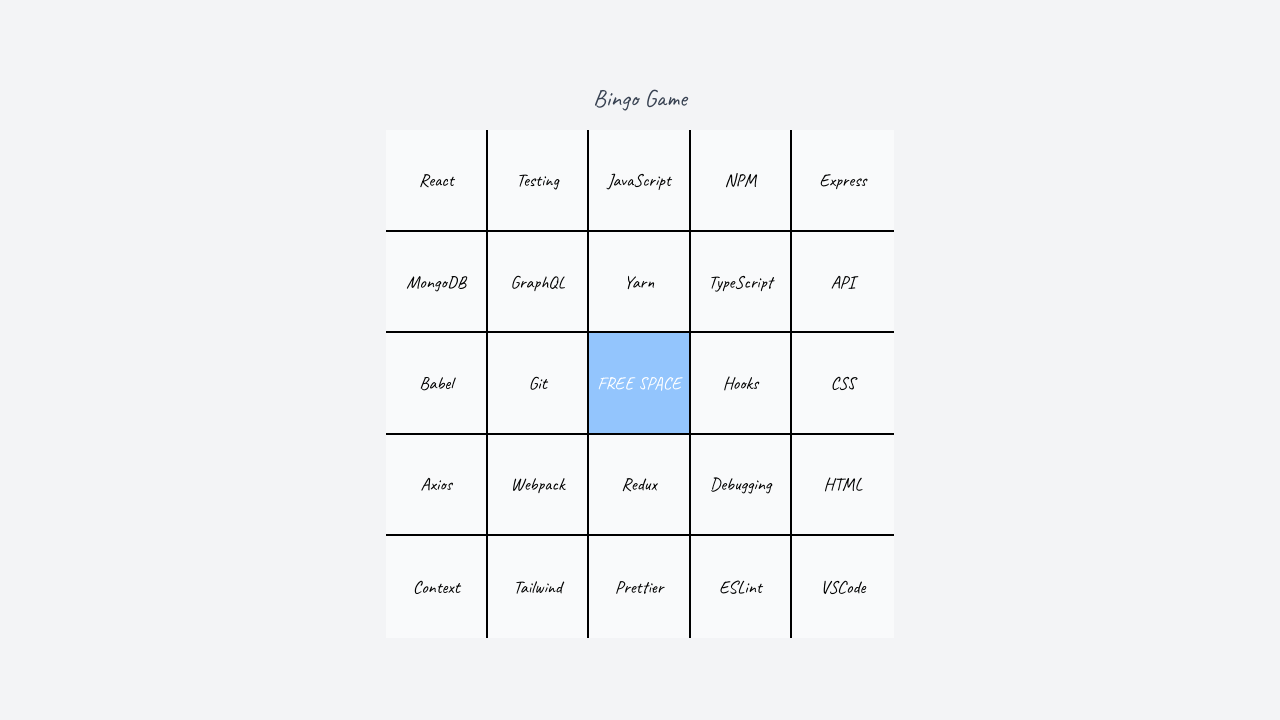
Repository: yassirbn/football-bingo
Page: /
An editor plug-in stored every save of this project. The page is shown before and after the next save, followed by the edit.
The browser window is 1280 px wide. The pictures show the whole page.
The project was rebuilt for these pictures with package versions that can differ from the ones it lists, and the page was loaded fresh each time.

Above is the page before, as saved 2024-11-26 17:51:23.

After the next save:
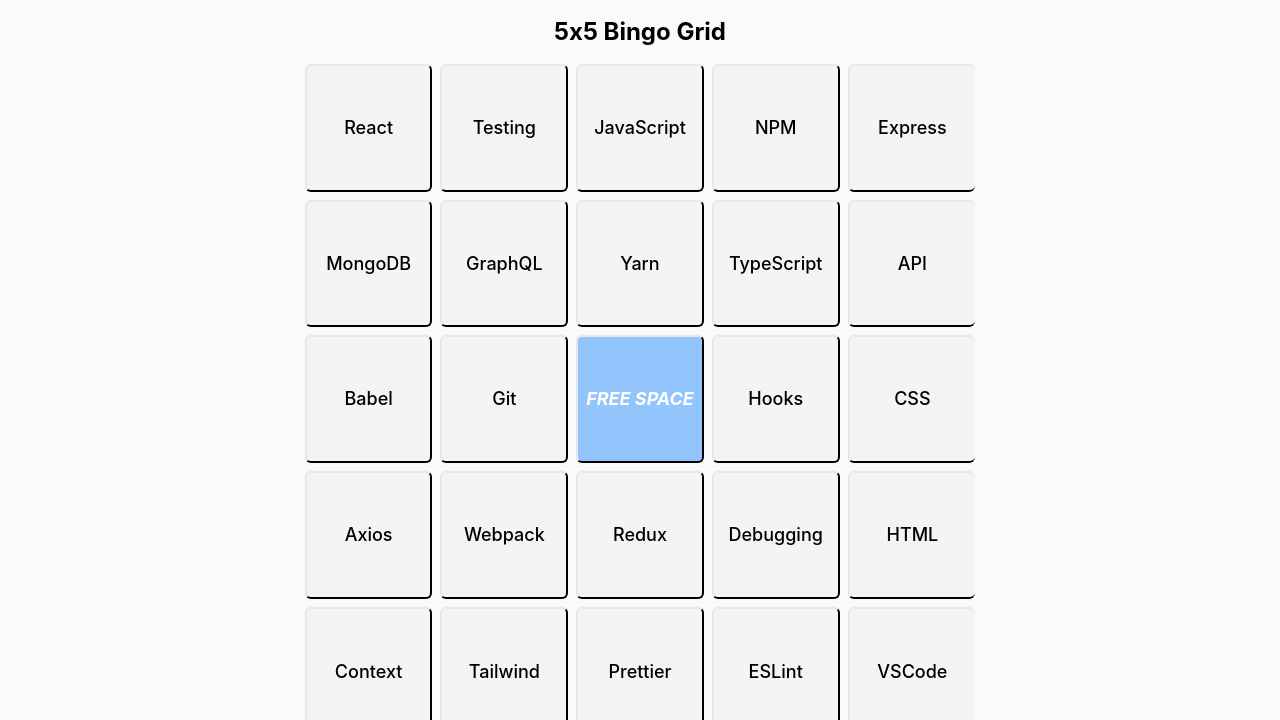
Saved 6 min 35 s later.
--- a/src/component/BingoGrid/BingoGrid.js
+++ b/src/component/BingoGrid/BingoGrid.js
@@ -1,31 +1,48 @@
 import React, { useState } from "react";
 
 const BingoGrid = ({ words }) => {
-  const gridSize = 5;
+  const gridSize = 5; // 5x5 grid
   const totalCells = gridSize * gridSize;
 
+  // Shuffle words only once and store in state
   const initializeGrid = () => {
     const shuffledWords = [...words].sort(() => 0.5 - Math.random()).slice(0, totalCells);
-    shuffledWords[Math.floor(totalCells / 2)] = "FREE SPACE";
+
+    // Fill with placeholders if not enough words
+    while (shuffledWords.length < totalCells) {
+      shuffledWords.push("PLACEHOLDER");
+    }
+
+    // Replace the center cell with "FREE SPACE"
+    const centerIndex = Math.floor(totalCells / 2);
+    shuffledWords[centerIndex] = "FREE SPACE";
+
     return shuffledWords;
   };
 
   const [gridWords] = useState(initializeGrid);
   const [selectedCells, setSelectedCells] = useState(
-    Array(totalCells).fill(false).map((_, i) => i === Math.floor(totalCells / 2))
+    Array(totalCells).fill(false).map((_, i) => i === Math.floor(totalCells / 2)) // Center (FREE SPACE) is pre-selected
   );
   const [bingo, setBingo] = useState(false);
 
+  // Handle cell click
   const handleCellClick = (index) => {
-    if (gridWords[index] === "FREE SPACE" || selectedCells[index]) return;
+    if (gridWords[index] === "FREE SPACE" || selectedCells[index]) return; // Ignore clicks on FREE SPACE or already selected cells
+
     const updatedSelection = [...selectedCells];
     updatedSelection[index] = true;
     setSelectedCells(updatedSelection);
+
+    // Check for Bingo
     checkForBingo(updatedSelection);
   };
 
+  // Check for Bingo
   const checkForBingo = (selected) => {
     const checkLine = (line) => line.every((index) => selected[index]);
+
+    // Generate all rows, columns, and diagonals
     const rows = Array.from({ length: gridSize }, (_, i) =>
       Array.from({ length: gridSize }, (_, j) => i * gridSize + j)
     );
@@ -34,52 +51,64 @@ const BingoGrid = ({ words }) => {
     );
     const diagonal1 = Array.from({ length: gridSize }, (_, i) => i * gridSize + i);
     const diagonal2 = Array.from({ length: gridSize }, (_, i) => (i + 1) * gridSize - (i + 1));
+
     const lines = [...rows, ...cols, diagonal1, diagonal2];
+
     if (lines.some(checkLine)) {
-      setBingo(true);
+      setBingo(true); // Set Bingo to true to trigger animations
     }
   };
 
   return (
-    <div className="relative h-screen w-screen bg-gray-100 overflow-hidden flex flex-col items-center justify-center">
-      {/* Fireworks and Bingo Animation */}
+    <div className="p-4 relative h-screen overflow-hidden">
+      {/* Fireworks Animation */}
       {bingo && (
-        <div className="absolute inset-0 z-20 flex flex-col items-center justify-center">
-          <h1 className="text-6xl md:text-8xl font-bold text-red-500 animate-pulse mb-4">
-            BINGO!
-          </h1>
-          <div className="absolute inset-0 flex items-center justify-center pointer-events-none">
-            {/* Firework Effects */}
-            <div className="firework bg-red-400 animate-explode"></div>
-            <div className="firework bg-blue-400 animate-explode delay-200"></div>
-            <div className="firework bg-yellow-400 animate-explode delay-400"></div>
-          </div>
+        <div className="absolute inset-0 z-20 flex justify-center items-center pointer-events-none">
+          {/* Firework Particles */}
+          {Array.from({ length: 300 }).map((_, idx) => (
+            <div
+              key={idx}
+              className="fireworks-particle w-4 h-4 rounded-full absolute animate-fireworks"
+              style={{
+                "--x": `${Math.random() * 120 - 60}vw`, // Expanded X direction
+                "--y": `${Math.random() * 120 - 60}vh`, // Expanded Y direction
+                "--size": `${Math.random() * 10 + 5}px`, // Random size (larger particles)
+                "--duration": `${Math.random() * 2 + 1.5}s`, // Increased duration for longer explosion
+                "--delay": `${Math.random() * 0.5}s`, // Random delay
+                backgroundColor: `hsl(${Math.random() * 360}, 100%, 50%)`, // Random color (HSL)
+                transform: `rotate(${Math.random() * 360}deg)` // Random rotation for more chaos
+              }}
+            ></div>
+          ))}
         </div>
       )}
 
-      {/* Title */}
-      <h1 className="text-2xl font-hand text-gray-700 mb-4">Bingo Game</h1>
+      {/* Bingo Text Animation */}
+      {bingo && (
+        <div className="absolute inset-0 flex items-center justify-center z-10 animate-bingo-fade">
+          <h2 className="text-7xl sm:text-8xl md:text-9xl lg:text-10xl font-extrabold text-red-600 animate-bingo-shake">
+            BINGO!
+          </h2>
+        </div>
+      )}
 
       {/* Bingo Grid */}
+      <h1 className="text-center text-2xl font-bold mb-4">5x5 Bingo Grid</h1>
       <div
-        className="relative grid gap-0"
+        className="grid gap-2"
         style={{
-          gridTemplateColumns: `repeat(${gridSize}, 1fr)`,
+          gridTemplateColumns: `repeat(${gridSize}, minmax(50px, 1fr))`,
         }}
       >
         {gridWords.map((word, index) => (
           <div
             key={index}
-            className={`relative flex items-center justify-center text-center font-medium font-hand aspect-square p-2
+            className={`flex items-center justify-center border-2 rounded-md text-center font-medium aspect-square p-2
               ${
                 selectedCells[index]
                   ? "bg-blue-300 text-white"
-                  : "bg-gray-50 hover:bg-gray-200"
-              }
-              ${word === "FREE SPACE" ? "cursor-default font-bold" : "cursor-pointer"}
-              transition-transform duration-200 ease-in-out ${
-                word !== "FREE SPACE" ? "hover:scale-105" : ""
-              }`}
+                  : "bg-gray-100 hover:bg-blue-200 cursor-pointer"
+              } ${word === "FREE SPACE" ? "cursor-default" : ""}`}
             onClick={() => handleCellClick(index)}
             style={{
               borderRight:
@@ -90,7 +119,11 @@ const BingoGrid = ({ words }) => {
                   : "2px solid black",
             }}
           >
-            <span className="break-words text-sm sm:text-base md:text-lg">
+            <span
+              className={`break-words text-xs sm:text-sm md:text-base lg:text-lg ${
+                word === "FREE SPACE" ? "font-bold italic" : ""
+              }`}
+            >
               {word}
             </span>
           </div>
